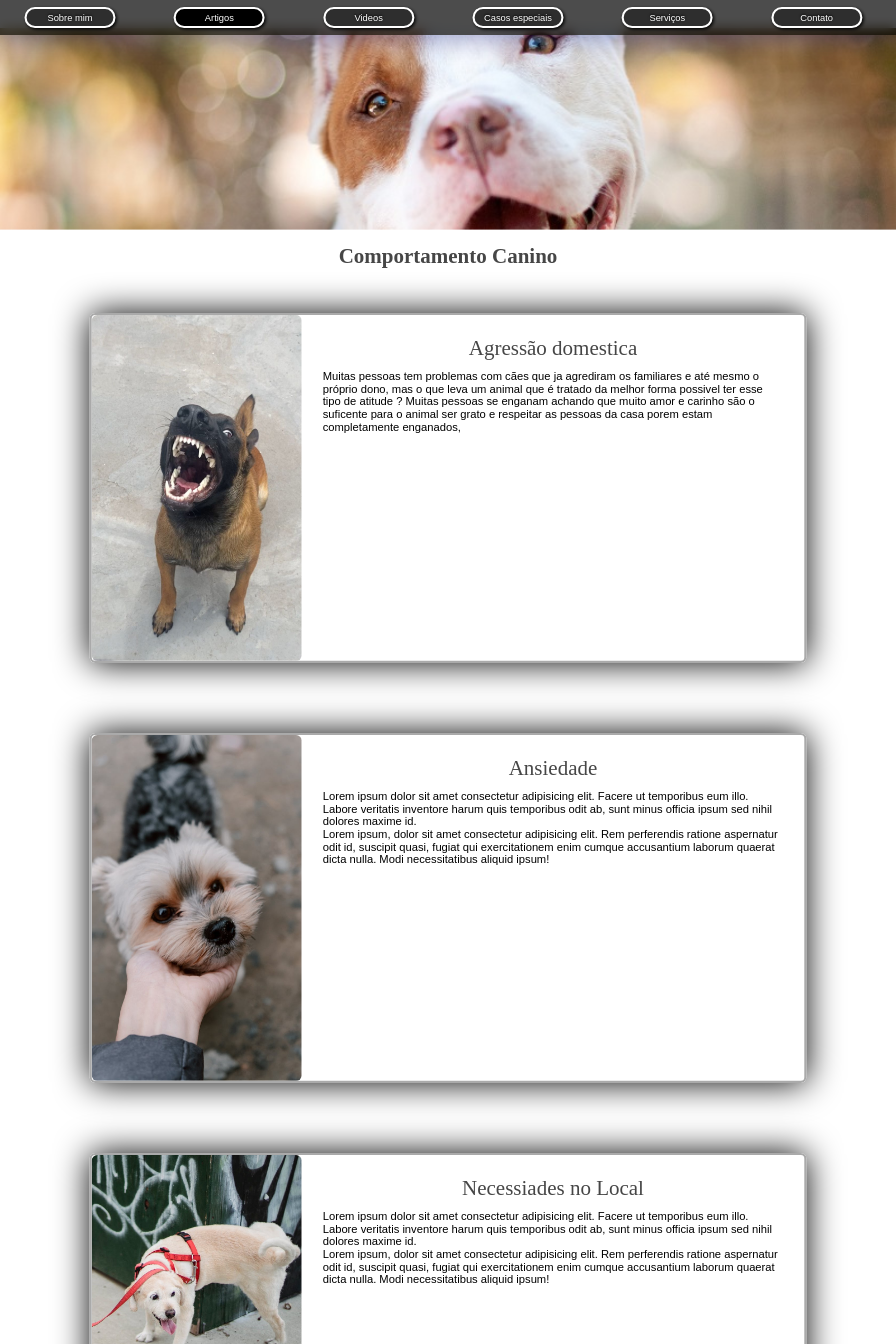
Repository: KevynMarques/Blog-React-StyledComponent
Page: /, after clicking the first element matching `button.sc-eqUAAy`
These files come from the project's save history. The page is drawn as it stood at one moment and after a run of saves; the edit follows.
The browser window is 1280 px wide. The pictures show the part of the page from y = 0 to 1920 px (the page is 3448 px tall), at 70% of full size.
The project was rebuilt for these pictures with package versions that can differ from the ones it lists, and the page was loaded fresh each time. Also part of the build but not shown: src/Components/Clientes/index.jsx, src/Components/Serviços/index.jsx, src/Components/Contato/index.jsx, src/Components/View/index.jsx.

Above is the page before, as saved 2022-02-21 15:19:13.

After the next 2 saves:
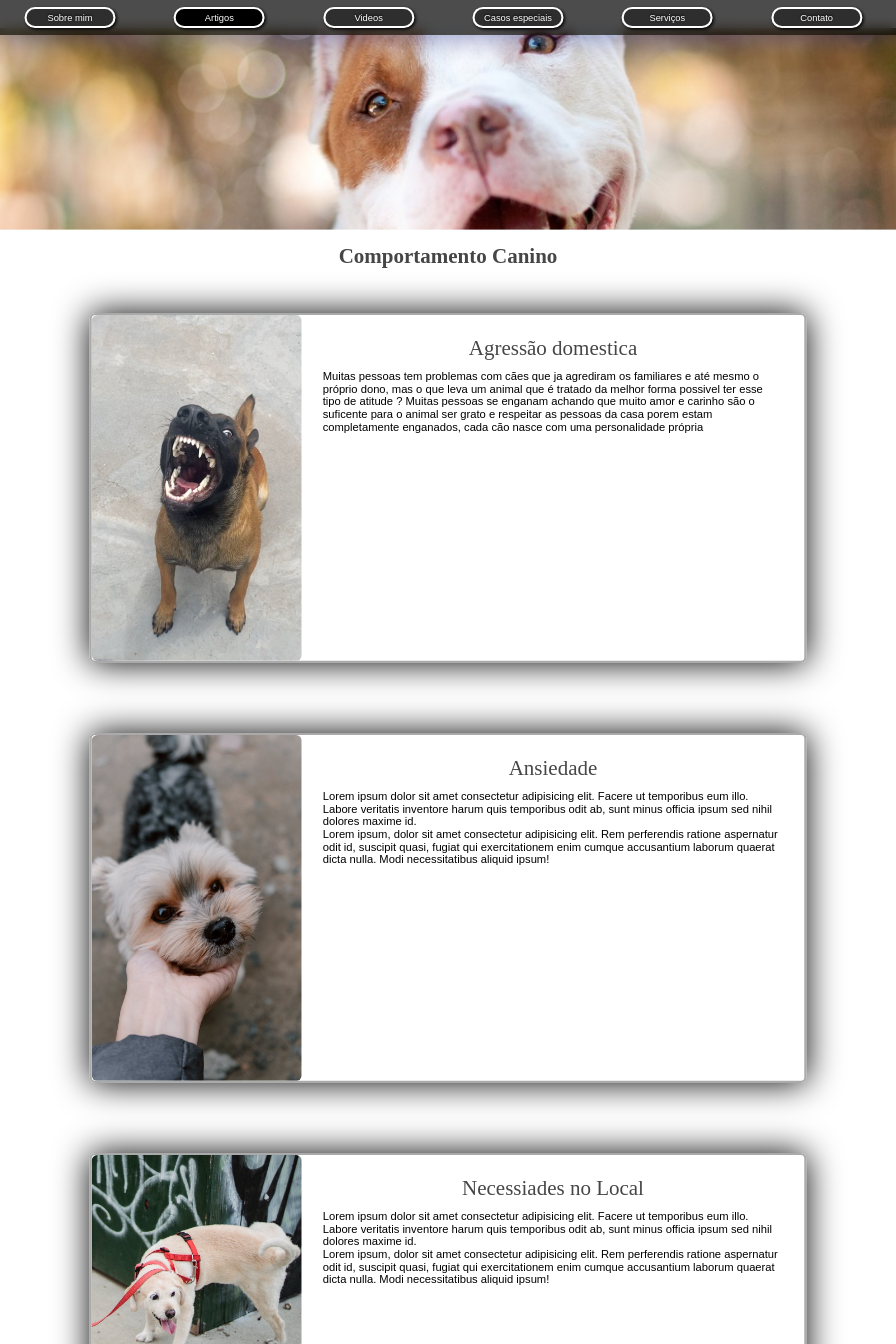
The 2 saves are shown as one change because they came seconds apart.
The last was saved 19 s later.
--- a/src/Components/Artigos/index.jsx
+++ b/src/Components/Artigos/index.jsx
@@ -26,7 +26,7 @@ export default () => {
        <Info>
        <TitleInfo>Agressão domestica</TitleInfo>
        Muitas pessoas tem problemas com cães que ja agrediram os familiares e até mesmo o próprio dono, mas o que leva um animal que é tratado
-       da melhor forma possivel ter esse tipo de atitude ? Muitas pessoas se enganam achando que muito amor e carinho são o suficente para o animal ser grato e respeitar as pessoas da casa porem estam completamente enganados,
+       da melhor forma possivel ter esse tipo de atitude ? Muitas pessoas se enganam achando que muito amor e carinho são o suficente para o animal ser grato e respeitar as pessoas da casa porem estam completamente enganados, cada cão nasce com uma personalidade própria
         </Info>
        </ContainerBox>
 
